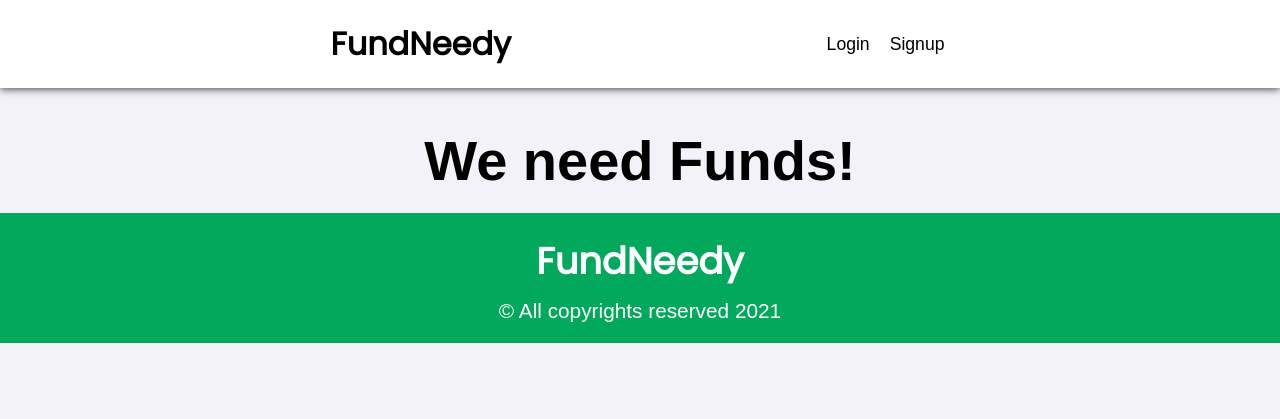
Repository: osdc/codejam
Page: /needies (app in sassy-sandwiches/fund-needy/)
The author's editor kept a copy of each file at every save. The page is drawn from the files as they stood at one save, then again after the next save.
The browser window is 1280 px wide. The pictures show the whole page.
The project was rebuilt for these pictures with package versions that can differ from the ones it lists, and the page was loaded fresh each time. Also part of the build but not shown: sassy-sandwiches/fund-needy/src/Showcase.css, sassy-sandwiches/fund-needy/src/Showcase.js, sassy-sandwiches/fund-needy/src/Needy.css.

Above is the page before, as saved 2021-01-09 19:29:23.

After the next save:
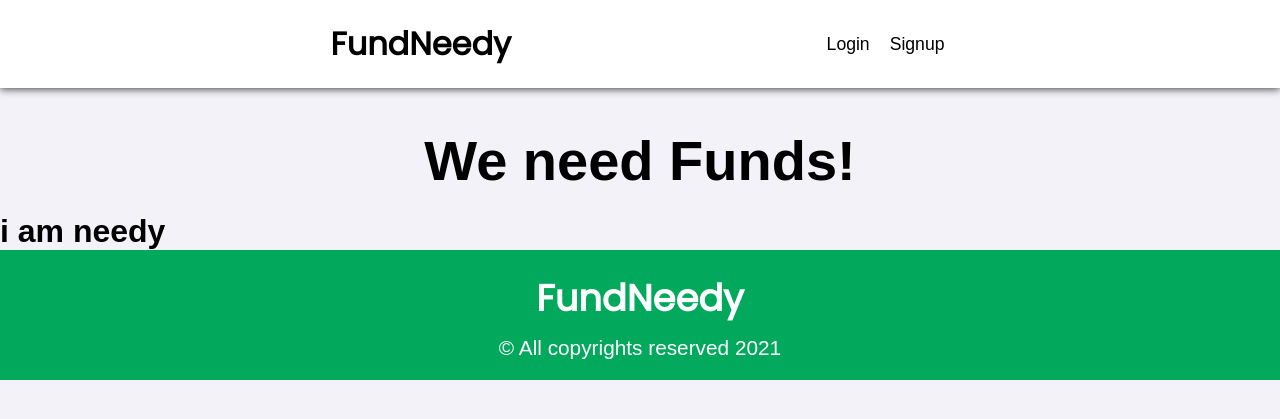
Saved 7 s later.
--- a/sassy-sandwiches/fund-needy/src/Needies.js
+++ b/sassy-sandwiches/fund-needy/src/Needies.js
@@ -1,11 +1,13 @@
 import React from "react";
 import "./Needies.css";
+import Needy from "./Needy";
 
 function Needies() {
   return (
     <div className="needies">
       <div className="needies_headline">
         <h1>We need Funds!</h1>
+        <Needy />
       </div>
     </div>
   );

After the save that followed:
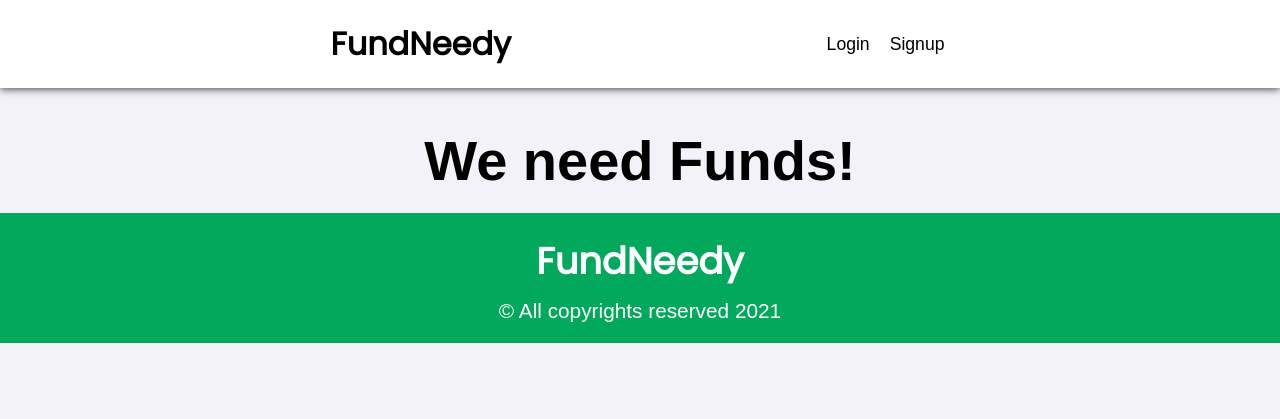
Saved 2 min 3 s later.
--- a/sassy-sandwiches/fund-needy/src/Needy.js
+++ b/sassy-sandwiches/fund-needy/src/Needy.js
@@ -4,7 +4,9 @@ import "./Needy.css";
 function Needy() {
   return (
     <div className="needy">
-      <h1>i am needy</h1>
+      {/* image */}
+      {/* why neee funds */}
+      {/* button to do funding */}
     </div>
   );
 }
